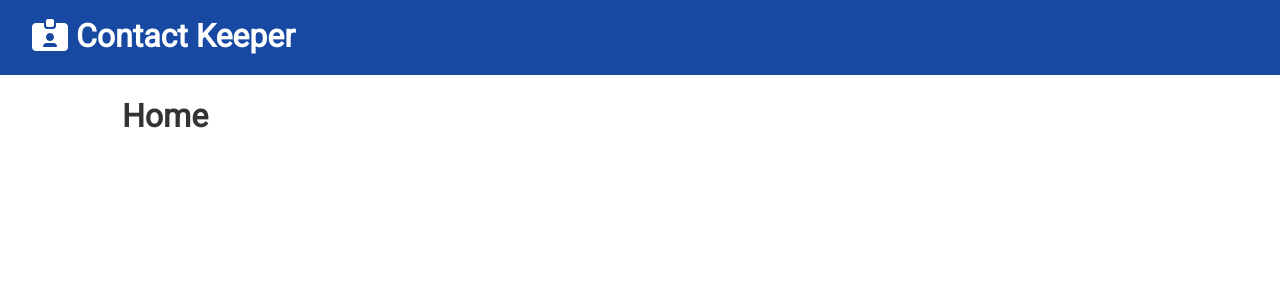
Repository: ntsangani/contact-keeper
Page: / (app in client/)
An editor plug-in stored every save of this project. The page is shown before and after the next save, followed by the edit.
The browser window is 1280 px wide. The pictures show the whole page.
Some web libraries are served in a nearby version. The project was rebuilt for these pictures with package versions that can differ from the ones it lists, and the page was loaded fresh each time. A package was used in the major version that the imports need, not the one package.json lists. Also part of the build but not shown: client/src/components/layout/pages/About.js.

Above is the page before, as saved 2020-06-16 17:20:04.

After the next save:
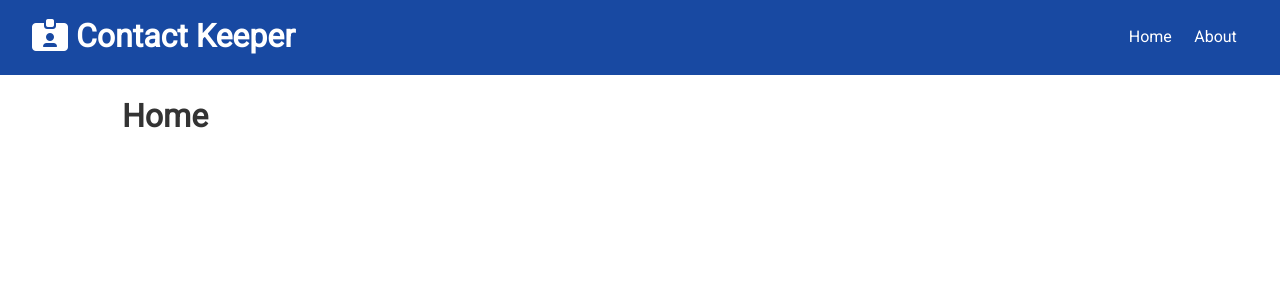
Saved 2 min 33 s later.
--- a/client/src/components/layout/Navbar.js
+++ b/client/src/components/layout/Navbar.js
@@ -1,5 +1,6 @@
 import React from "react";
 import PropTypes from "prop-types";
+import { Link } from "react-router-dom";
 
 const Navbar = ({ title, icon }) => {
   return (
@@ -7,6 +8,14 @@ const Navbar = ({ title, icon }) => {
       <h1>
         <i className={icon} /> {title}
       </h1>
+      <ul>
+        <li>
+          <Link to="/">Home</Link>
+        </li>
+        <li>
+          <Link to="/about">About</Link>
+        </li>
+      </ul>
     </div>
   );
 };
